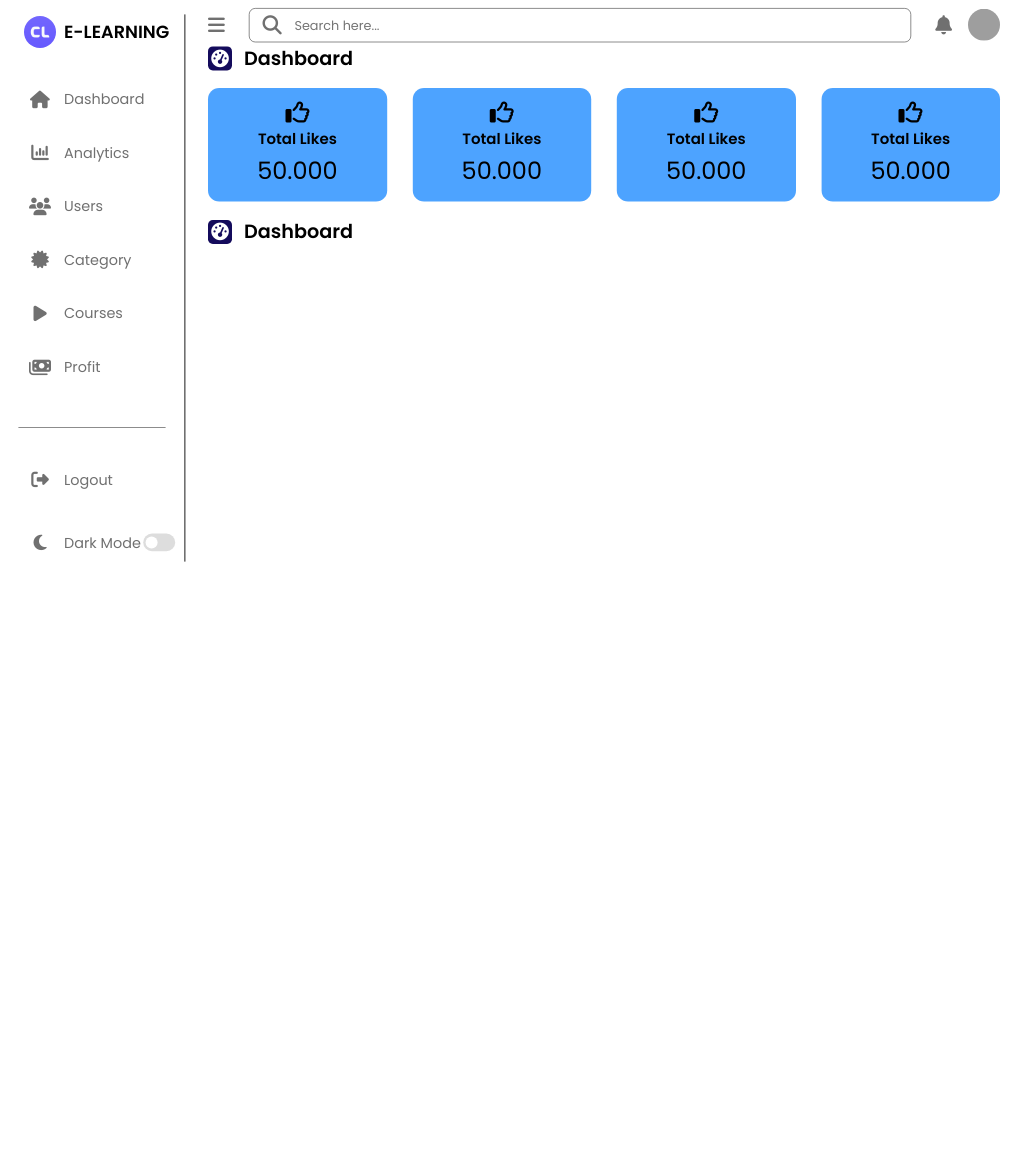
Repository: phamngocthang/practice-html-css
Page: Admin/dist/index.html
The author's editor kept a copy of each file at every save. The page is drawn from the files as they stood at one save, then again after the next save.
The browser window is 1280 px wide. The pictures show the whole page, at 80% of full size.
Pictures or frames that could not be fetched are drawn as grey boxes. The style sheet was rebuilt from its Sass, Less or Tailwind sources for each picture, by a compiler version that may differ from the author's.

Above is the page before, as saved 2023-10-25 14:27:19.

After the next save:
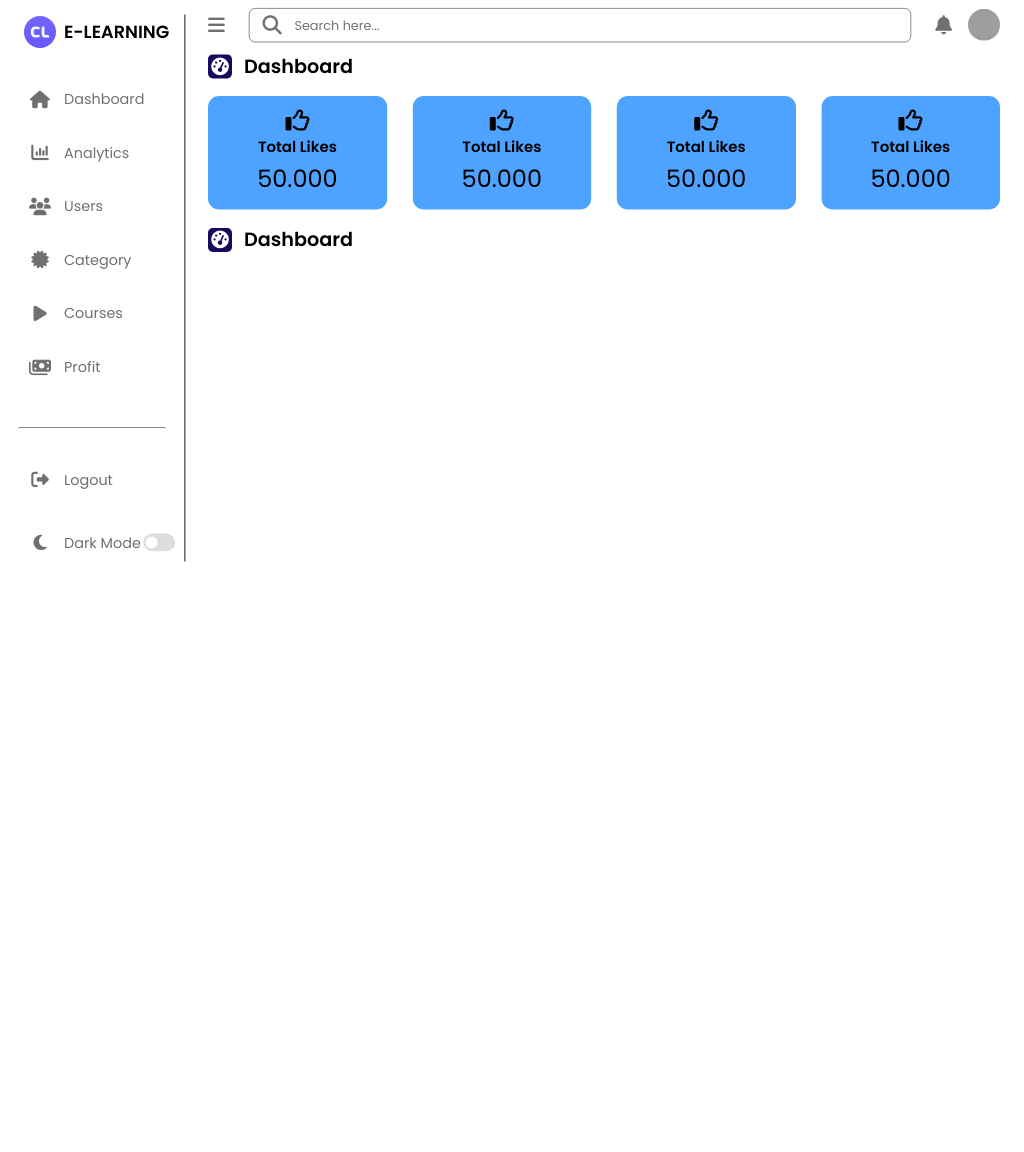
Saved 7 s later.
--- a/Admin/scss/main.scss
+++ b/Admin/scss/main.scss
@@ -296,7 +296,7 @@ nav.close {
     }
 
     .content {
-        margin-top: 40px;
+        margin-top: 50px;
             .title {
                 display: flex;
                 align-items: center;
